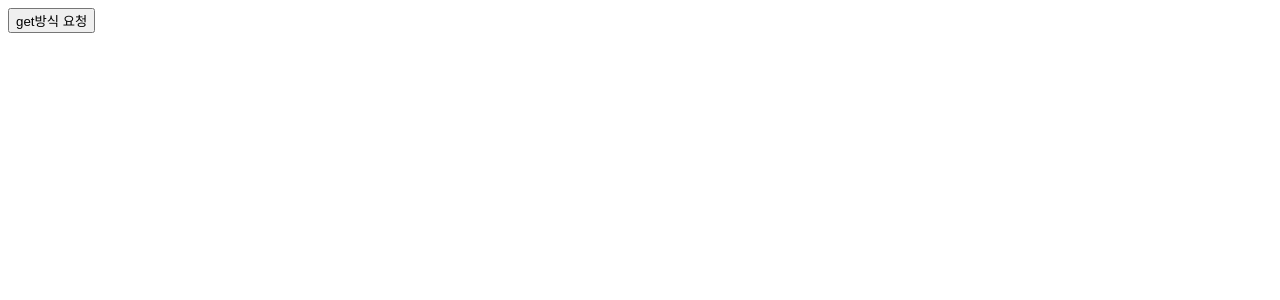
Repository: o3orr/jsp_study
Page: http://localhost/web-study-02/04_method.jsp
An editor plug-in stored every save of this project. The page is shown before and after the next save, followed by the edit.
The browser window is 1280 px wide. The pictures show the whole page.
The page is served by Tomcat 9.

Above is the page before, as saved 2024-02-28 03:51:13.

After the next save:
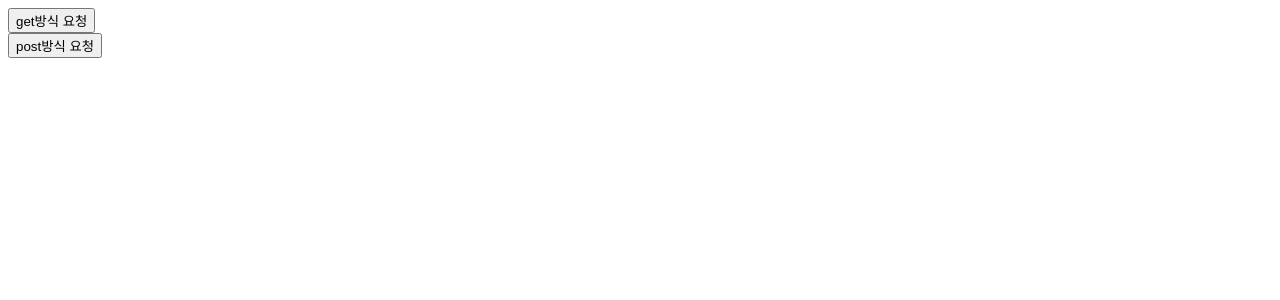
Saved 19 s later.
--- a/web-study-02/src/main/webapp/04_method.jsp
+++ b/web-study-02/src/main/webapp/04_method.jsp
@@ -10,7 +10,10 @@
 
 	<form action="/MethodServlet" method="get">
 		<input type="submit" value="get방식 요청">
+	</form>
 
+	<form action="/MethodServlet" method="post">
+		<input type="submit" value="post방식 요청">
 	</form>
 
 </body>
